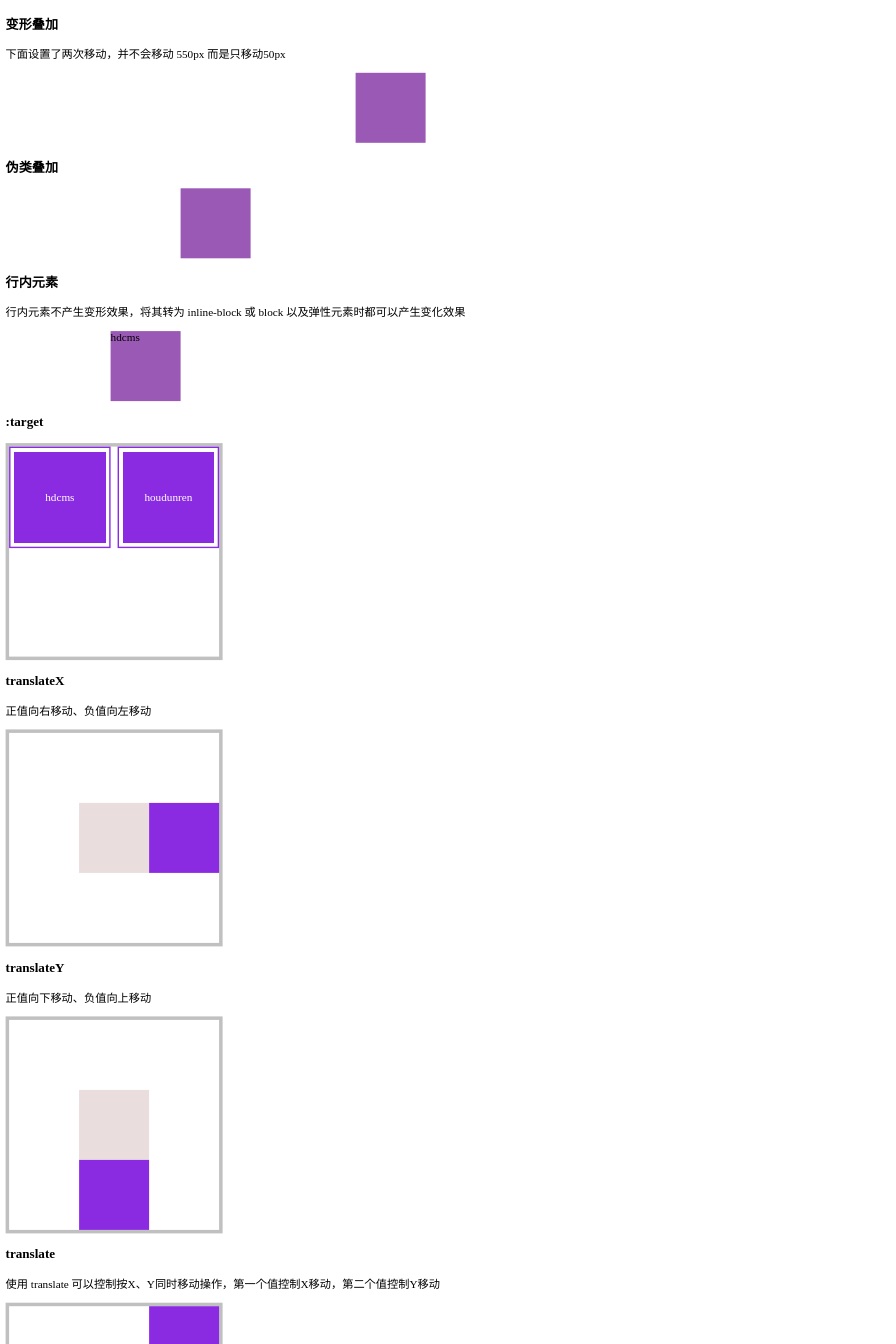
Repository: Aissd/animateDemo
Page: translate.html
The author's editor kept a copy of each file at every save. The page is drawn from the files as they stood at one save, then again after the next save.
The browser window is 1280 px wide. The pictures show the part of the page from y = 0 to 1920 px (the page is 2979 px tall before and 2990 px after), at 70% of full size.

Above is the page before, as saved 2020-05-11 23:21:28.

After the next save:
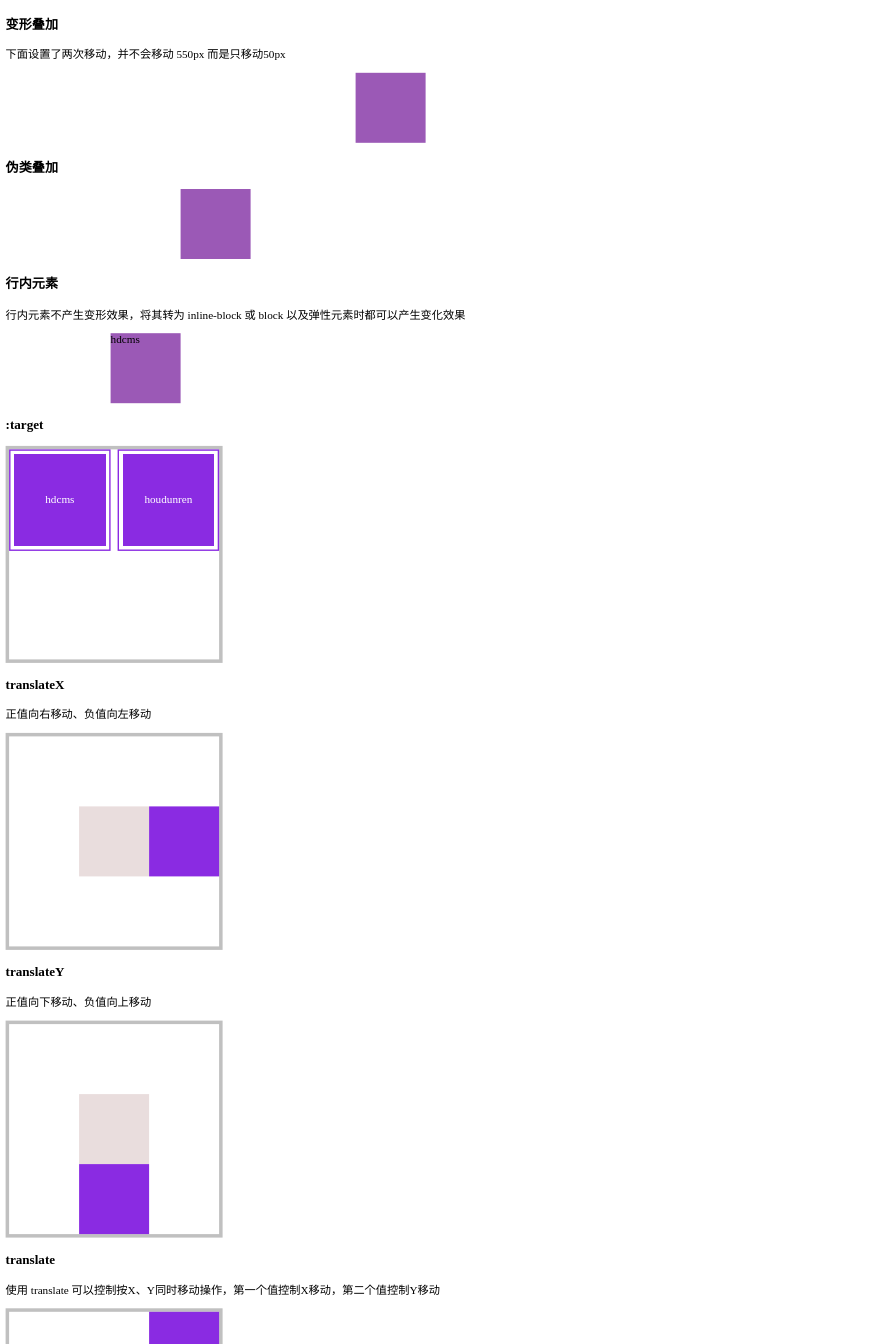
Saved 31 s later.
--- a/css/translate.css
+++ b/css/translate.css
@@ -1,5 +1,9 @@
 .rel {
     position: relative;
+}
+
+.demo-section {
+    margin-bottom: 20px;
 }
 
 .demo01 {
